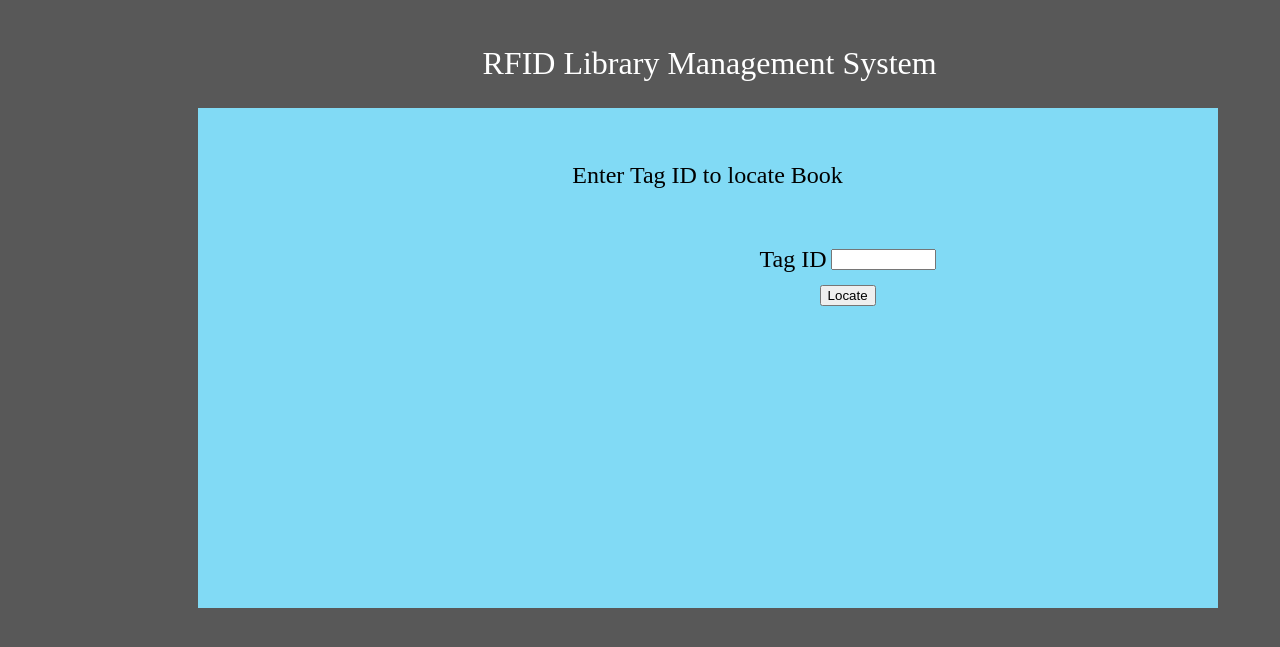
Repository: vigineshs/A-Smart-Data-Analyzer-for-Library-Management-System
Page: http://localhost/librarymgmt/locate.jsp
An editor plug-in stored every save of this project. The page is shown before and after the next save, followed by the edit.
The browser window is 1280 px wide. The pictures show the whole page.
The page is served by Tomcat 9. Other server files are loaded and not shown.

Above is the page before, as saved 2013-02-10 12:19:47.

### PassiveRFID/CS203-Version 1.0.6/Demo Applications/Dot Net C#/Demo Applications Source Code/RFID/librarymgmt/WebContent/locate.jsp
<%@ page language="java" contentType="text/html; charset=ISO-8859-1"
    pageEncoding="ISO-8859-1"%>
<!DOCTYPE html PUBLIC "-//W3C//DTD HTML 4.01 Transitional//EN" "http://www.w3.org/TR/html4/loose.dtd">
<html>
<head>
<title>RFID | Library Management System</title>
<link rel="stylesheet" type="text/css" href="css/page.css ">
<script>
function validateForm()
{
var x=document.forms["f1"]["btag"].value;
if (x==null || x=="")
  {
  alert("TagID must be filled");
  return false;
  }}
  </script>
</head>
<body>
<div class="center">
<div id="container">
<div id="header"><br/>
RFID Library Management System
</div>
<div id="content">
<br/><br/><center>
Enter Tag ID to locate Book</center>
	<div id="lcon">

	</div>
	<div id="rcon">
	<form method=GET action="http://localhost:8080/librarymgmt/location.jsp" onsubmit="return validateForm()" name=f1  ><br/><br/>
	<center>
<table>
<tr><td>Tag ID</td><td><input type=text size=10 name="tag" /></td></tr>
<tr><td></td><td></td></tr><tr><td></td><td></td></tr>
<tr  ><td colspan="2"><center><input type=submit value=Locate /></center></td></tr>
</table></center>
</form>
	</div>
</div>
</div>
</div>
</body>
</html>

### PassiveRFID/CS203-Version 1.0.6/Demo Applications/Dot Net C#/Demo Applications Source Code/RFID/librarymgmt/WebContent/css/page.css
#container
{


width:1024px;
height:500px;
margin:0px;

}

a{
text-decoration:none;
font-color:blue;
font-size:32px;
}

a:hover{
font-color:red;
}

.center
{
margin-left:auto;
margin-right:auto;
width:70%;
}

body
{
background-color:#585858;
}

#header
{
background-color:#585858;
font-family:Monotype Corsiva;
font-size:32px;
color:white;
height:100px;
text-align:center;
float:center;
}

#content
{
background-color:#81DAF5;
width:1020px;
height:500px;
margin-left:0px;
overflow:hidden;
font-size:24px;
float:center;
}

#lcon
{
width:300px;
height:100%
overflow:hidden;
}

#rcon
{
width:700px;
height:100%
overflow:hidden;
margin-left:300px;
}

After the next save:
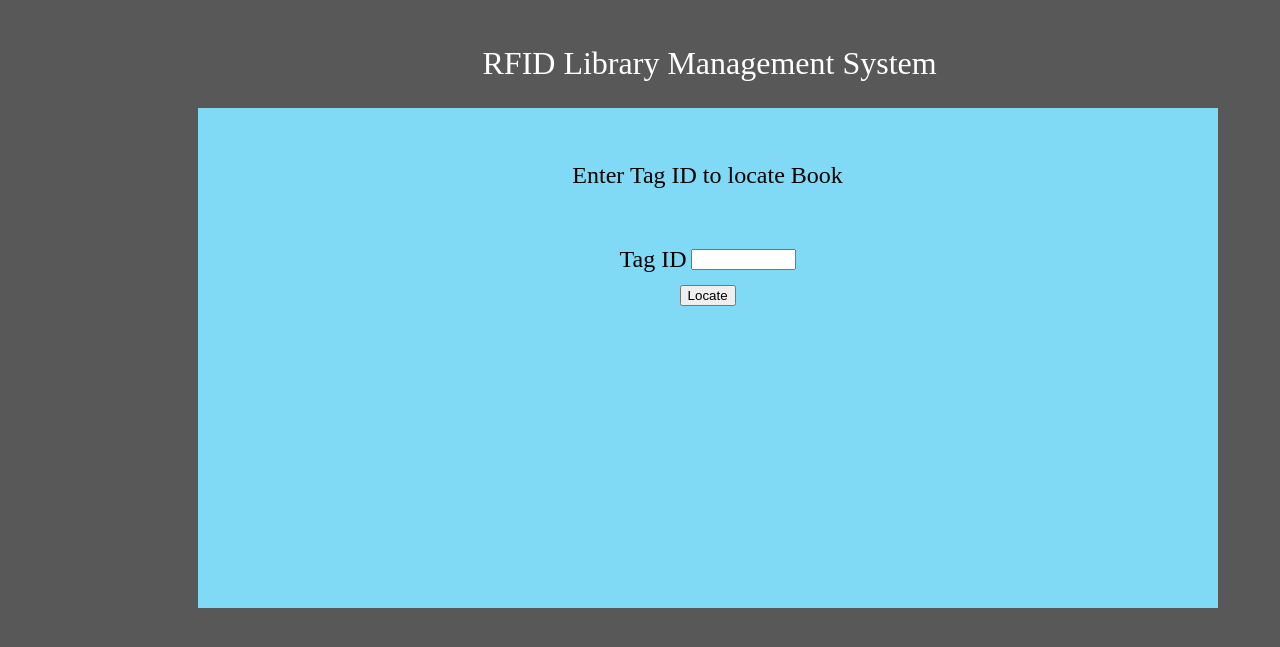
Saved 6 min 23 s later.
--- a/PassiveRFID/CS203-Version 1.0.6/Demo Applications/Dot Net C#/Demo Applications Source Code/RFID/librarymgmt/WebContent/locate.jsp
+++ b/PassiveRFID/CS203-Version 1.0.6/Demo Applications/Dot Net C#/Demo Applications Source Code/RFID/librarymgmt/WebContent/locate.jsp
@@ -25,10 +25,7 @@ RFID Library Management System
 <div id="content">
 <br/><br/><center>
 Enter Tag ID to locate Book</center>
-	<div id="lcon">
 
-	</div>
-	<div id="rcon">
 	<form method=GET action="http://localhost:8080/librarymgmt/location.jsp" onsubmit="return validateForm()" name=f1  ><br/><br/>
 	<center>
 <table>
@@ -37,7 +34,7 @@ Enter Tag ID to locate Book</center>
 <tr  ><td colspan="2"><center><input type=submit value=Locate /></center></td></tr>
 </table></center>
 </form>
-	</div>
+
 </div>
 </div>
 </div>
